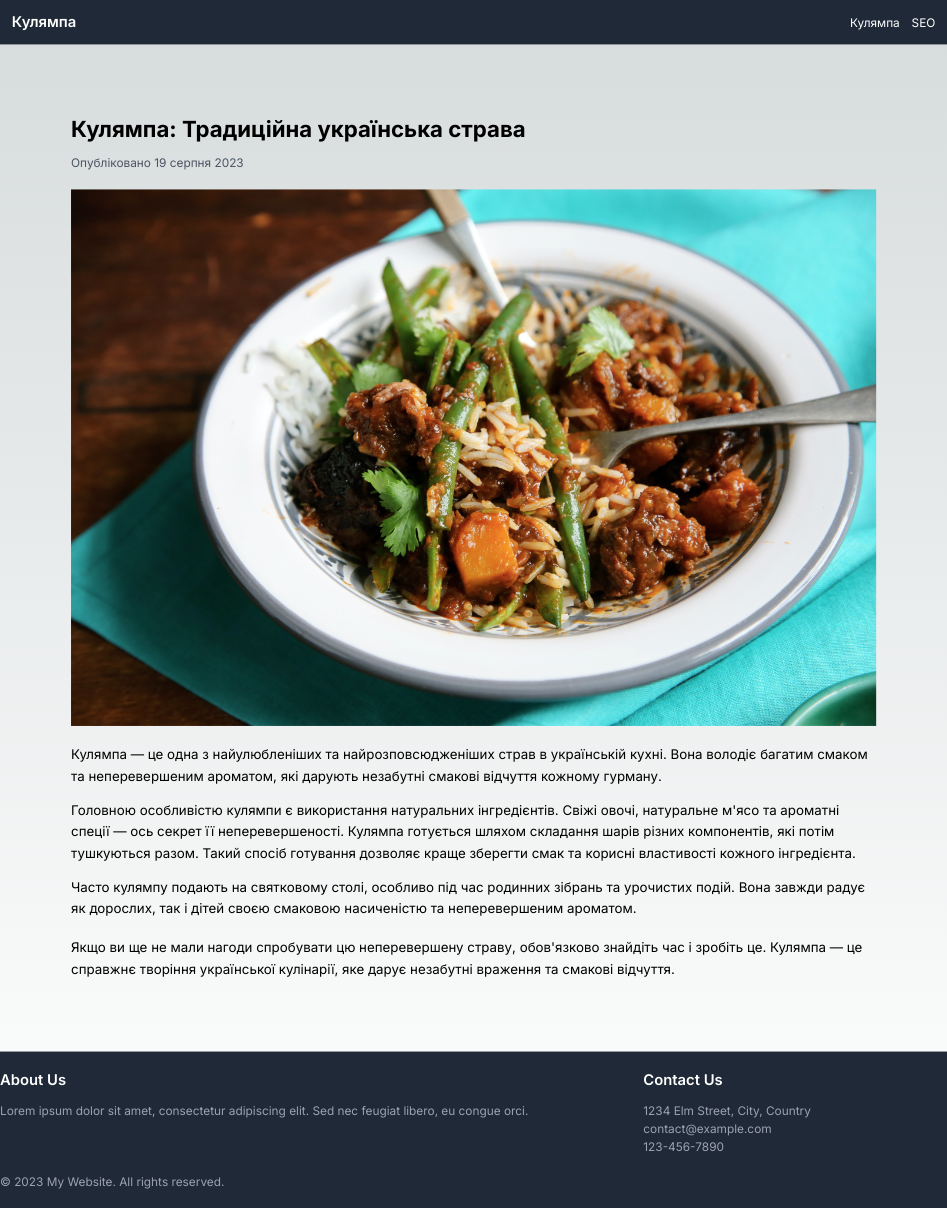
Repository: nika-otter/Kulyampa
Page: /
An editor plug-in stored every save of this project. The page is shown before and after the next save, followed by the edit.
The browser window is 1280 px wide. The pictures show the whole page, at 74% of full size.
The project was rebuilt for these pictures with package versions that can differ from the ones it lists, and the page was loaded fresh each time. The framework's server and built-in components were replaced by stand-ins that run in the browser. Also part of the build but not shown: next.config.js.

Above is the page before, as saved 2023-08-19 01:59:59.

### app/layout.tsx
import Header from '@/components/Header'
import Footer from '@/components/Footer'
import './globals.css'
import type { Metadata } from 'next'
import { Inter } from 'next/font/google'

const inter = Inter({ subsets: ['latin'] })

export const metadata: Metadata = {
  title: 'Create Next App',
  description: 'Generated by create next app',
}

export default function RootLayout({
  children,
}: {
  children: React.ReactNode
}) {
  return (
    <html lang="en">
      <body className={inter.className}>
        <Header />

        <main className="flex min-h-screen flex-col items-center justify-between p-24">
            {children}
          </main>
        <Footer/>
        </body>

    </html>
  )
}

### app/page.tsx
import Kulyampa from '@/components/Kulyampa'
import Image from 'next/image'

export default function Home() {
  return (
    <>
      <Kulyampa />
    </>
  )
}

### components/Header.tsx
import Link from 'next/link'
import React from 'react'

const Header = () => {
  return (
    <header className="bg-gray-800 text-white py-4 px-4">
      <div className="container mx-auto flex justify-between items-center">
        <h1 className="text-xl font-semibold">Кулямпа</h1>
        <nav>
          <div className="flex space-x-4">
            <Link href="/">Кулямпа</Link>
            <Link href="/YN">SEO</Link>

          </div>
        </nav>
      </div>
    </header>
  )
}

export default Header

### components/Footer.tsx
import React from "react";

const Footer = () => {
  return (
    <footer className="bg-gray-800 text-white py-6">
      <div className="container mx-auto">
        <div className="grid grid-cols-1 md:grid-cols-3 gap-6">
          <div className="col-span-1 md:col-span-2">
            <h2 className="text-xl font-semibold mb-4">About Us</h2>
            <p className="text-gray-400">
              Lorem ipsum dolor sit amet, consectetur adipiscing elit. Sed nec
              feugiat libero, eu congue orci.
            </p>
          </div>
          <div>
            <h2 className="text-xl font-semibold mb-4">Contact Us</h2>
            <p className="text-gray-400">1234 Elm Street, City, Country</p>
            <p className="text-gray-400">contact@example.com</p>
            <p className="text-gray-400">123-456-7890</p>
          </div>
        </div>
        <div className="mt-6 ">
          <p className="text-gray-400 ">
            &copy; {new Date().getFullYear()} My Website. All rights reserved.
          </p>
        </div>
      </div>
    </footer>
  );
};

export default Footer;

### components/Kulyampa.tsx
import Image from 'next/image'
import React from 'react'

const Kulyampa = () => {
  return (
    <article>
      <h1 className="text-3xl font-bold mb-4">Кулямпа: Традиційна українська страва</h1>
      <p className="text-gray-600 mb-6">Опубліковано 19 серпня 2023</p>
      <Image
        src="/ca-creative-yzFO7e_87fs-unsplash.jpg"
        alt="Кулямпа"
        className="w-full h-auto mb-6"
        width={192}
        height={128}
      />
      <p className="text-lg leading-relaxed mb-4">
        Кулямпа — це одна з найулюбленіших та найрозповсюдженіших страв
        в українській кухні. Вона володіє багатим смаком та неперевершеним
        ароматом, які дарують незабутні смакові відчуття кожному гурману.
      </p>
      <p className="text-lg leading-relaxed mb-4">
        Головною особливістю кулямпи є використання натуральних інгредієнтів.
        Свіжі овочі, натуральне м'ясо та ароматні спеції — ось секрет її
        неперевершеності. Кулямпа готується шляхом складання шарів різних
        компонентів, які потім тушкуються разом. Такий спосіб готування дозволяє
        краще зберегти смак та корисні властивості кожного інгредієнта.
      </p>
      <p className="text-lg leading-relaxed mb-6">
        Часто кулямпу подають на святковому столі, особливо під час родинних
        зібрань та урочистих подій. Вона завжди радує як дорослих, так і дітей
        своєю смаковою насиченістю та неперевершеним ароматом.
      </p>
      <p className="text-lg leading-relaxed">
        Якщо ви ще не мали нагоди спробувати цю неперевершену страву, обов'язково
        знайдіть час і зробіть це. Кулямпа — це справжнє творіння української кулінарії,
        яке дарує незабутні враження та смакові відчуття.
      </p>
    </article>
  )
}

export default Kulyampa

Loaded but not shown: app/globals.css (common file); tailwind.config.ts (common file)

After the next save:
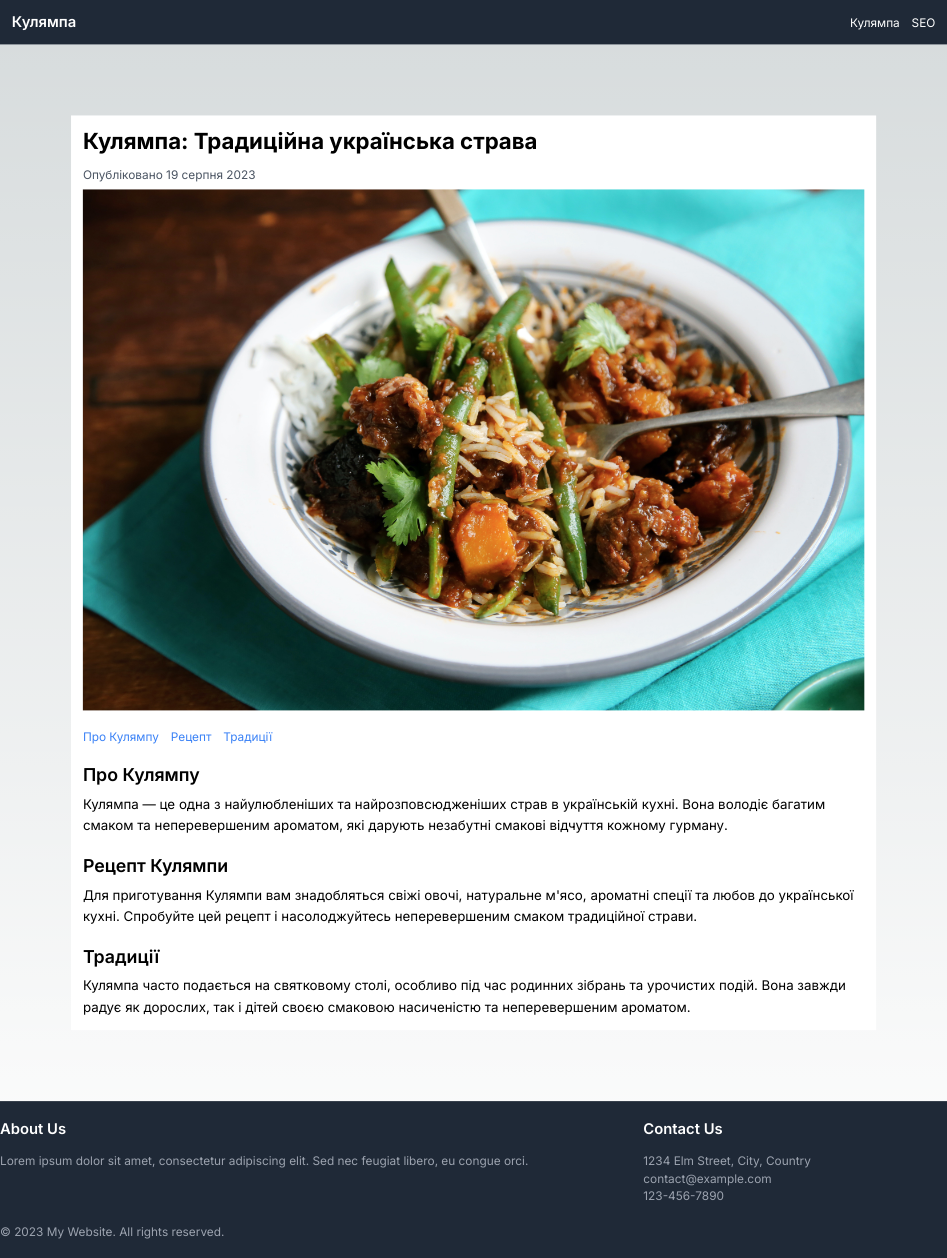
Saved 6 min 43 s later.
--- a/components/Kulyampa.tsx
+++ b/components/Kulyampa.tsx
@@ -3,9 +3,9 @@ import React from 'react'
 
 const Kulyampa = () => {
   return (
-    <article>
+    <div className="bg-white p-4">
       <h1 className="text-3xl font-bold mb-4">Кулямпа: Традиційна українська страва</h1>
-      <p className="text-gray-600 mb-6">Опубліковано 19 серпня 2023</p>
+      <p className="text-gray-600 mb-2">Опубліковано 19 серпня 2023</p>
       <Image
         src="/ca-creative-yzFO7e_87fs-unsplash.jpg"
         alt="Кулямпа"
@@ -13,29 +13,51 @@ const Kulyampa = () => {
         width={192}
         height={128}
       />
-      <p className="text-lg leading-relaxed mb-4">
-        Кулямпа — це одна з найулюбленіших та найрозповсюдженіших страв
-        в українській кухні. Вона володіє багатим смаком та неперевершеним
-        ароматом, які дарують незабутні смакові відчуття кожному гурману.
-      </p>
-      <p className="text-lg leading-relaxed mb-4">
-        Головною особливістю кулямпи є використання натуральних інгредієнтів.
-        Свіжі овочі, натуральне м'ясо та ароматні спеції — ось секрет її
-        неперевершеності. Кулямпа готується шляхом складання шарів різних
-        компонентів, які потім тушкуються разом. Такий спосіб готування дозволяє
-        краще зберегти смак та корисні властивості кожного інгредієнта.
-      </p>
-      <p className="text-lg leading-relaxed mb-6">
-        Часто кулямпу подають на святковому столі, особливо під час родинних
-        зібрань та урочистих подій. Вона завжди радує як дорослих, так і дітей
-        своєю смаковою насиченістю та неперевершеним ароматом.
-      </p>
-      <p className="text-lg leading-relaxed">
-        Якщо ви ще не мали нагоди спробувати цю неперевершену страву, обов'язково
-        знайдіть час і зробіть це. Кулямпа — це справжнє творіння української кулінарії,
-        яке дарує незабутні враження та смакові відчуття.
-      </p>
-    </article>
+
+      <nav className="mb-6">
+        <ul className="flex space-x-4">
+          <li>
+            <a href="#about" className="text-blue-500 hover:underline">Про Кулямпу</a>
+          </li>
+          <li>
+            <a href="#recipe" className="text-blue-500 hover:underline">Рецепт</a>
+          </li>
+          <li>
+            <a href="#traditions" className="text-blue-500 hover:underline">Традиції</a>
+          </li>
+        </ul>
+      </nav>
+
+      <section id="about" className="mb-6">
+        <h2 className="text-2xl font-semibold mb-2">Про Кулямпу</h2>
+        <p className="text-lg leading-relaxed mb-4">
+          Кулямпа — це одна з найулюбленіших та найрозповсюдженіших страв
+          в українській кухні. Вона володіє багатим смаком та неперевершеним
+          ароматом, які дарують незабутні смакові відчуття кожному гурману.
+        </p>
+      </section>
+
+      <section id="recipe" className="mb-6">
+        <h2 className="text-2xl font-semibold mb-2">Рецепт Кулямпи</h2>
+        <p className="text-lg leading-relaxed mb-4">
+          Для приготування Кулямпи вам знадобляться свіжі овочі, натуральне м'ясо,
+          ароматні спеції та любов до української кухні. Спробуйте цей рецепт і
+          насолоджуйтесь неперевершеним смаком традиційної страви.
+        </p>
+        {/* Add the recipe steps here */}
+      </section>
+
+      <section id="traditions">
+        <h2 className="text-2xl font-semibold mb-2">Традиції</h2>
+        <p className="text-lg leading-relaxed">
+          Кулямпа часто подається на святковому столі, особливо під час родинних
+          зібрань та урочистих подій. Вона завжди радує як дорослих, так і дітей
+          своєю смаковою насиченістю та неперевершеним ароматом.
+        </p>
+      </section>
+
+      {/* Add more interesting information or sections here */}
+    </div>
   )
 }
 
